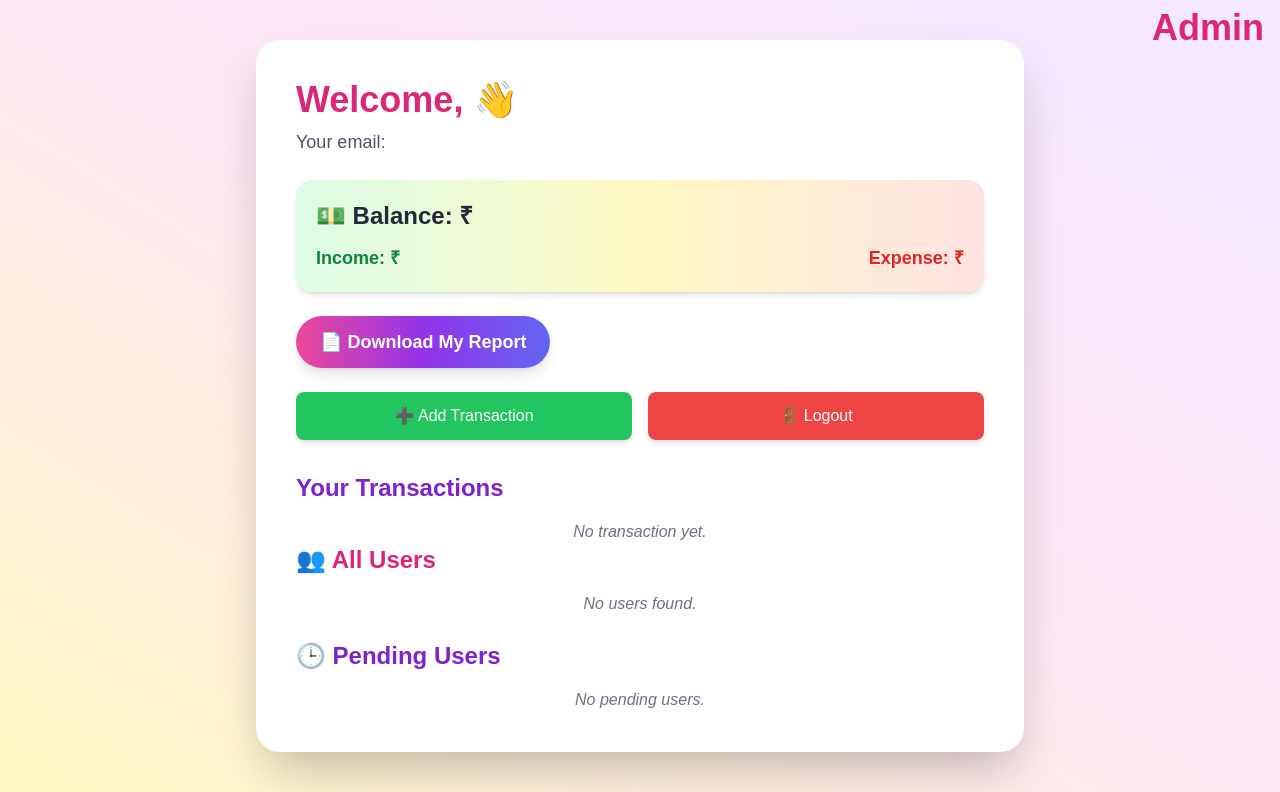
Repository: student-samratojha/ExpenseTrackerApp
Page: views/adminDash.ejs
An editor plug-in stored every save of this project. The page is shown before and after a run of saves, followed by the edit.
The browser window is 1280 px wide. The pictures show the whole page.
Some web libraries are served in a nearby version. The page is served by the project's Node server (app.js). Other server files are loaded and not shown. The template is opened directly, without the code that normally fills it, so the values that code supplies are empty.

Above is the page before, as saved 2025-10-15 18:10:34.

### views/adminDash.ejs
<!DOCTYPE html>
<html lang="en">
  <head>
    <meta charset="UTF-8" />
    <meta name="viewport" content="width=device-width, initial-scale=1" />
    <title>Admin - Expense Tracker</title>
    <script src="https://cdn.tailwindcss.com"></script>
    <style>
      body {
        font-family: "Play", sans-serif;
      }
    </style>
  </head>

  <body
    class="bg-gradient-to-tr from-yellow-100 via-pink-100 to-purple-100 min-h-screen px-4 py-10"
  >
    <!-- Main Container -->
    <div
      class="max-w-full sm:max-w-xl md:max-w-3xl mx-auto bg-white rounded-3xl shadow-2xl p-6 sm:p-8 md:p-10"
    >
    <h2 class="text-3xl sm:text-4xl absolute top-2 right-4 font-bold text-pink-600 mb-2">Admin</h2>
      <!-- Greeting -->
      <h2 class="text-3xl sm:text-4xl font-bold text-pink-600 mb-2">
        Welcome, <%= admin.userName %> 👋
      </h2>
      <p class="text-gray-600 mb-6 text-base sm:text-lg">
        Your email:
        <span class="text-purple-600 font-medium"><%= admin.email %></span>
      </p>

      <!-- Balance Summary -->
      <div
        class="bg-gradient-to-r from-green-100 via-yellow-100 to-red-100 p-5 rounded-2xl shadow-md mb-6"
      >
        <h3
          class="text-xl sm:text-2xl font-bold text-gray-800 flex items-center gap-2"
        >
          💵 Balance: ₹<%= total %>
        </h3>
        <div
          class="flex flex-col sm:flex-row justify-between mt-3 gap-2 sm:gap-0"
        >
          <p class="text-green-700 font-semibold text-base sm:text-lg">
            Income: ₹<%= income %>
          </p>
          <p class="text-red-600 font-semibold text-base sm:text-lg">
            Expense: ₹<%= expense %>
          </p>
        </div>
      </div>

      <!-- Report Button -->
      <div class="mb-6">
        <a
          href="/download"
          target="_blank"
          class="inline-block w-full sm:w-auto text-center px-6 py-3 bg-gradient-to-r from-pink-500 via-purple-600 to-indigo-500 text-white text-lg font-bold rounded-full shadow-lg hover:from-pink-600 hover:via-purple-700 hover:to-indigo-600 transform hover:scale-105 transition-all duration-300"
        >
          📄 Download My Report
        </a>
      </div>

      <!-- Action Buttons -->
      <div class="flex flex-col sm:flex-row justify-between gap-4 mb-8">
        <a
          href="/add"
          class="bg-green-500 hover:bg-green-600 text-white px-6 py-3 rounded-lg text-center text-sm sm:text-base shadow-md font-medium transition duration-200 flex-1"
        >
          ➕ Add Transaction
        </a>
        <a
          href="/logout"
          class="bg-red-500 hover:bg-red-600 text-white px-6 py-3 rounded-lg text-center text-sm sm:text-base shadow-md font-medium transition duration-200 flex-1"
        >
          🚪 Logout
        </a>
      </div>

      <!-- Transaction History -->
      <h3 class="text-xl sm:text-2xl font-semibold text-purple-700 mb-4">
        Your Transactions
      </h3>

      <% if (transaction.length === 0) { %>
      <p class="text-gray-500 text-center italic">No transaction yet.</p>
      <% } else { %>
      <ul class="space-y-4 max-h-[320px] overflow-y-auto mb-10">
        <% transaction.forEach(function(txn) { %>
        <li
          class="flex justify-between items-center bg-gray-50 p-3 sm:p-4 rounded-xl shadow hover:shadow-md transition"
        >
          <div>
            <p class="font-semibold text-gray-800 text-sm sm:text-base">
              ₹<%= txn.amount %> - <%= txn.type %> - <%= txn.category %>
            </p>
            <p class="text-xs sm:text-sm text-gray-500">
              <%= txn.date.toDateString() %>
            </p>
          </div>
          <form action="/delete/<%= txn._id %>" method="POST" class="ml-4">
            <button
              type="submit"
              class="text-red-500 hover:text-red-700 text-lg sm:text-xl font-bold"
              aria-label="Delete transaction"
            >
              🗑️
            </button>
          </form>
        </li>
        <% }); %>
      </ul>
      <% } %>

      <!-- All Users Section -->
      <h3 class="text-xl sm:text-2xl font-semibold text-pink-600 mb-4">
        👥 All Users
      </h3>
      <% if (users.length === 0) { %>
      <p class="text-gray-500 text-center italic mb-6">No users found.</p>
      <% } else { %>
      <ul class="space-y-4 max-h-[300px] overflow-y-auto mb-10">
        <% users.forEach(function(user) { %>
        <li
          class="flex justify-between items-center bg-gray-50 p-3 sm:p-4 rounded-xl shadow hover:shadow-md transition"
        >
          <div>
            <p class="font-semibold text-gray-800 text-sm sm:text-base">
              👤 <%= user.userName %>
            </p>
            <p class="text-xs sm:text-sm text-gray-500"><%= user.email %></p>
          </div>
          <form action="/deleteUser/<%= user._id %>" method="POST" class="ml-4">
            <button
              type="submit"
              class="text-red-500 hover:text-red-700 text-lg sm:text-xl font-bold"
              aria-label="Delete user"
            >
              🗑️
            </button>
          </form>
        </li>
        <% }); %>
      </ul>
      <% } %>

      <!-- Pending Users Section -->
      <h3 class="text-xl sm:text-2xl font-semibold text-purple-700 mb-4">
        🕒 Pending Users
      </h3>
      <% if (pending.length === 0) { %>
      <p class="text-gray-500 text-center italic">No pending users.</p>
      <% } else { %>
      <ul class="space-y-4 max-h-[300px] overflow-y-auto">
        <% pending.forEach(function(p) { %>
        <li
          class="flex justify-between items-center bg-gray-50 p-3 sm:p-4 rounded-xl shadow hover:shadow-md transition"
        >
          <div>
            <p class="font-semibold text-gray-800 text-sm sm:text-base">
              🕒 <%= p.userName %>
            </p>
            <p class="text-xs sm:text-sm text-gray-500"><%= p.email %></p>
          </div>
          <div class="flex gap-2 ml-4">
            <form action="/approve/<%= p._id %>" method="POST">
              <button
                type="submit"
                class="bg-green-500 hover:bg-green-600 text-white px-3 py-1 rounded-lg text-sm shadow-md transition"
              >
                ✅ Approve
              </button>
            </form>
            <form action="/reject/<%= p._id %>" method="POST">
              <button
                type="submit"
                class="bg-red-500 hover:bg-red-600 text-white px-3 py-1 rounded-lg text-sm shadow-md transition"
              >
                ❌ Reject
              </button>
            </form>
          </div>
        </li>
        <% }); %>
      </ul>
      <% } %>
    </div>
  </body>
</html>

### app.js
const express = require("express");
const app = express();
const mongoose = require("mongoose");
const path = require("path");
const cookieParser = require("cookie-parser");
require("dotenv").config();
const LoginRoute = require("./Routes/LoginRoute");
const RegisterRoute = require("./Routes/RegisterRoute");
const DashRoute = require("./Routes/DashRoute");
const AddRoute = require("./Routes/AddRoute");
const DownloadRoute = require("./Routes/DownloadRoute");

app.use(express.json());
app.use(express.urlencoded({ extended: true }));
app.use(cookieParser());
app.use(express.static(path.join(__dirname, "public")));
app.set("view engine", "ejs");

mongoose
  .connect(process.env.MONGODB_URL)
  .then(() => {
    console.log("MongoDB connected");
  })
  .catch((err) => {
    console.log("error", err);
  });

app.use(LoginRoute);
app.use(RegisterRoute);
app.use(DashRoute);
app.use(AddRoute);
app.use(DownloadRoute);
app.listen(3000, () => {
  console.log("app is running on http://localhost:3000");
});

After the next 3 saves:
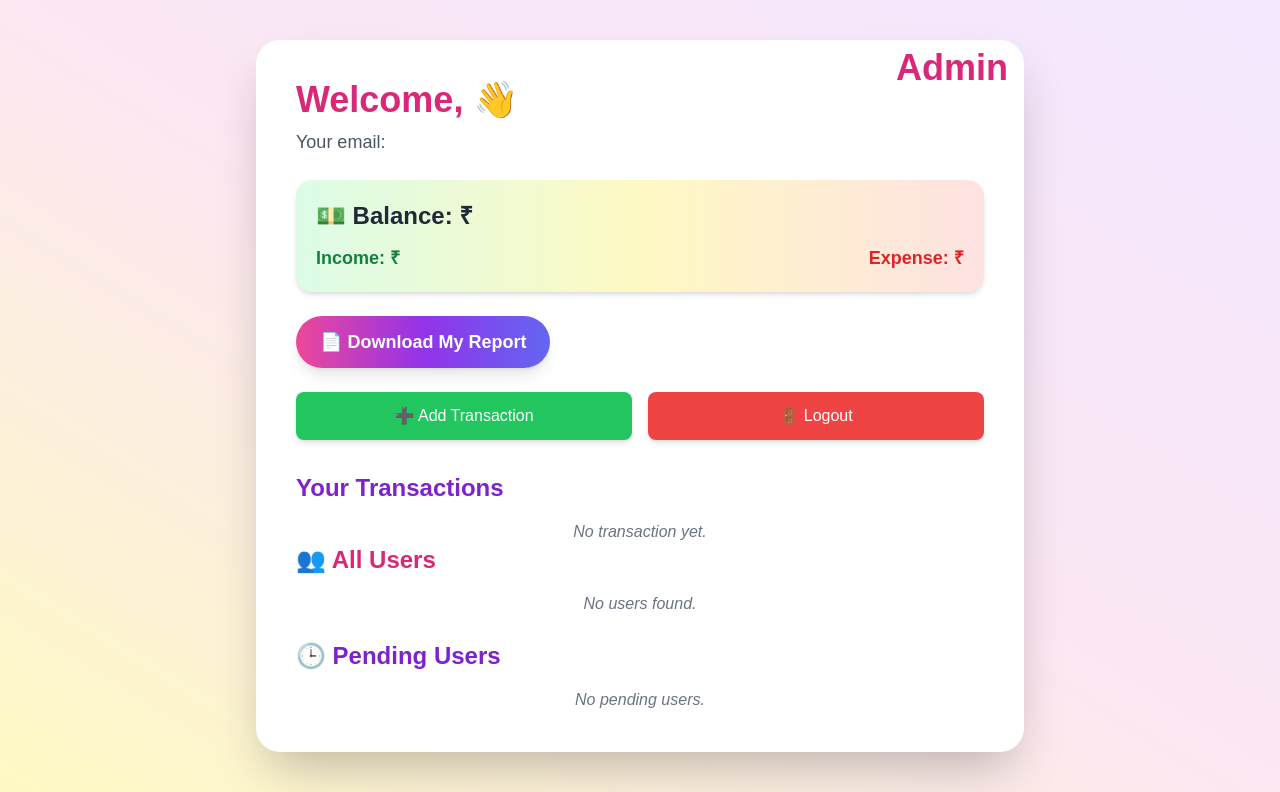
The 3 saves are shown as one change because they came seconds apart.
The last was saved 21 s later.
--- a/views/adminDash.ejs
+++ b/views/adminDash.ejs
@@ -17,7 +17,7 @@
   >
     <!-- Main Container -->
     <div
-      class="max-w-full sm:max-w-xl md:max-w-3xl mx-auto bg-white rounded-3xl shadow-2xl p-6 sm:p-8 md:p-10"
+      class="max-w-full sm:max-w-xl relative md:max-w-3xl mx-auto bg-white rounded-3xl shadow-2xl p-6 sm:p-8 md:p-10"
     >
     <h2 class="text-3xl sm:text-4xl absolute top-2 right-4 font-bold text-pink-600 mb-2">Admin</h2>
       <!-- Greeting -->
